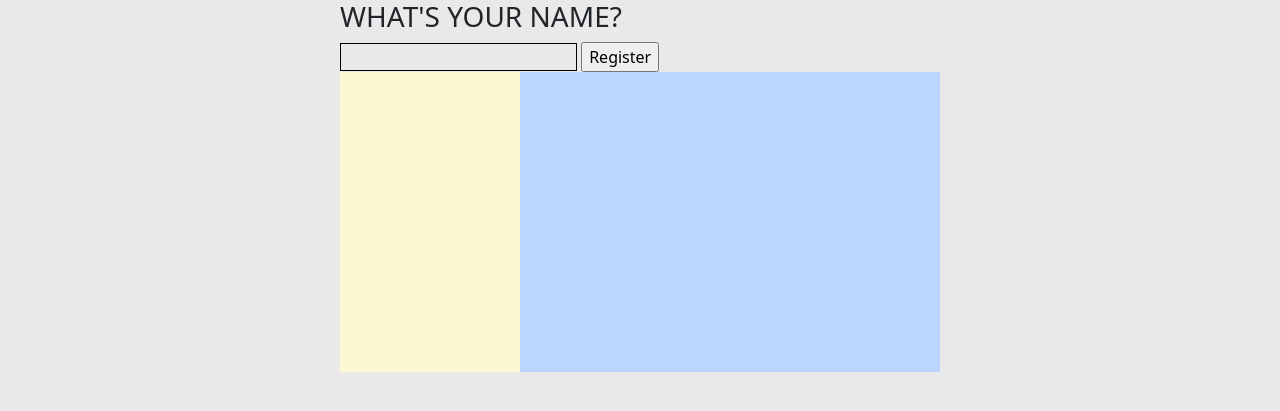
Repository: haimy125/demo_chat
Page: http://localhost/
These files come from the project's save history. The page is drawn as it stood at one moment and after the next save; the edit follows.
The browser window is 1280 px wide. The pictures show the whole page.
The page is served by the project's Node server (DEMO_CHAT_SOCKETIO/SERVER.js).

Above is the page before, as saved 2021-08-29 15:30:20.

### DEMO_CHAT_SOCKETIO/views/trangchu.ejs
<!DOCTYPE html>
<html lang="en">

<head>
    <meta charset="UTF-8">
    <meta http-equiv="X-UA-Compatible" content="IE=edge">
    <meta name="viewport" content="width=device-width, initial-scale=1.0">
    <title>demo chat</title>
    <link href="https://cdn.jsdelivr.net/npm/bootstrap@5.0.2/dist/css/bootstrap.min.css" rel="stylesheet" integrity="sha384-EVSTQN3/azprG1Anm3QDgpJLIm9Nao0Yz1ztcQTwFspd3yD65VohhpuuCOmLASjC" crossorigin="anonymous">
    <script src="https://cdn.jsdelivr.net/npm/@popperjs/core@2.9.2/dist/umd/popper.min.js" integrity="sha384-IQsoLXl5PILFhosVNubq5LC7Qb9DXgDA9i+tQ8Zj3iwWAwPtgFTxbJ8NT4GN1R8p" crossorigin="anonymous"></script>
    <script src="https://cdn.jsdelivr.net/npm/bootstrap@5.0.2/dist/js/bootstrap.min.js" integrity="sha384-cVKIPhGWiC2Al4u+LWgxfKTRIcfu0JTxR+EQDz/bgldoEyl4H0zUF0QKbrJ0EcQF" crossorigin="anonymous"></script>

    <script src="jquery.js"></script>
    <script src="socket.io/socket.io.js"></script>
    <link rel="stylesheet" href="layout.css">
    <script src="xuly.js">
    </script>
</head>

<body>
    <div class="container">
        <div id="wrapper">
            <div id="loginForm">
                <h3>WHAT'S YOUR NAME?</h3>
                <input type="text" id="txtUsername">
                <input type="button" value="Register" id="btnRegister" />
            </div>
            <div id="chatForm">
                <div id="left">

                </div>
                <div id="right">

                </div>
            </div>
        </div>
    </div>
</body>

</html>

### DEMO_CHAT_SOCKETIO/SERVER.js
var express = require('express'); //phai require thu vien express moi chay
var app = express(); //khai bao server
app.use(express.static("public")); //can file js, css nen khai bao the nay de all file trong public la khach hang truy cap duoc het

app.set("view engine", "ejs"); //
app.set("views", "./views");
var server = require('http').Server(app); //dựng server
var io = require('socket.io')(server);
server.listen(3000);


app.get('/', function(req, res) {
    res.render('trangchu');
});

### DEMO_CHAT_SOCKETIO/public/layout.css
body {
    background-color: #e9e9e9;
}

#wrapper {
    width: 600px;
    margin: 0 auto;
}

#txtUsername {
    background-color: transparent;
    border: solid 1px black;
    /* border-width: 0 0 1 0; */
}

#left,
#right {
    min-height: 300px;
}

#left {
    width: 30%;
    float: left;
    background-color: #fcf8d1;
}

#right {
    width: 70%;
    float: right;
    background-color: #bad5fe;
}

### DEMO_CHAT_SOCKETIO/public/xuly.js
$(document).ready(function() {
    // alert('a');
});

Loaded but not shown: DEMO_CHAT_SOCKETIO/public/jquery.js (library)

After the next save:
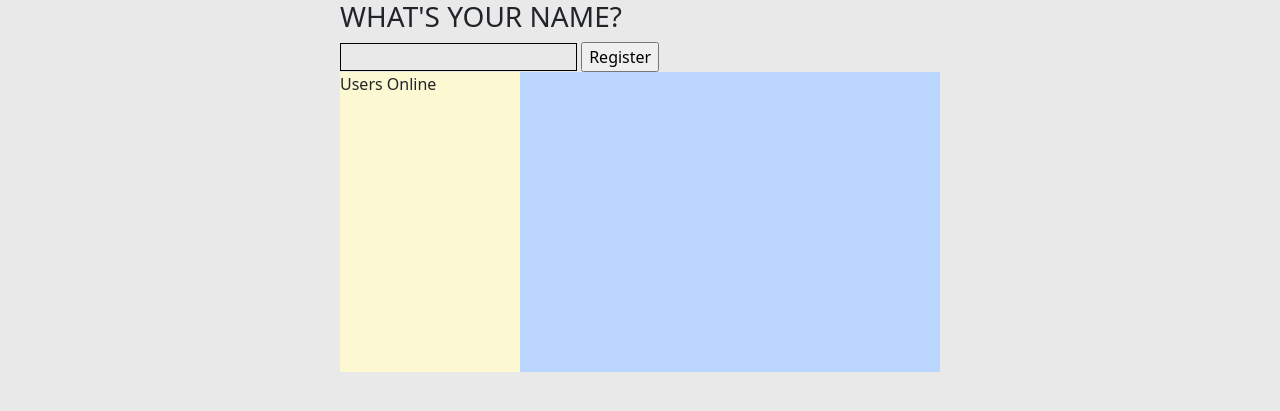
Saved 87 s later.
--- a/DEMO_CHAT_SOCKETIO/views/trangchu.ejs
+++ b/DEMO_CHAT_SOCKETIO/views/trangchu.ejs
@@ -27,7 +27,8 @@
             </div>
             <div id="chatForm">
                 <div id="left">
-
+                    <div id="boxTitle">Users Online</div>
+                    <div id="boxContent"></div>
                 </div>
                 <div id="right">
 
